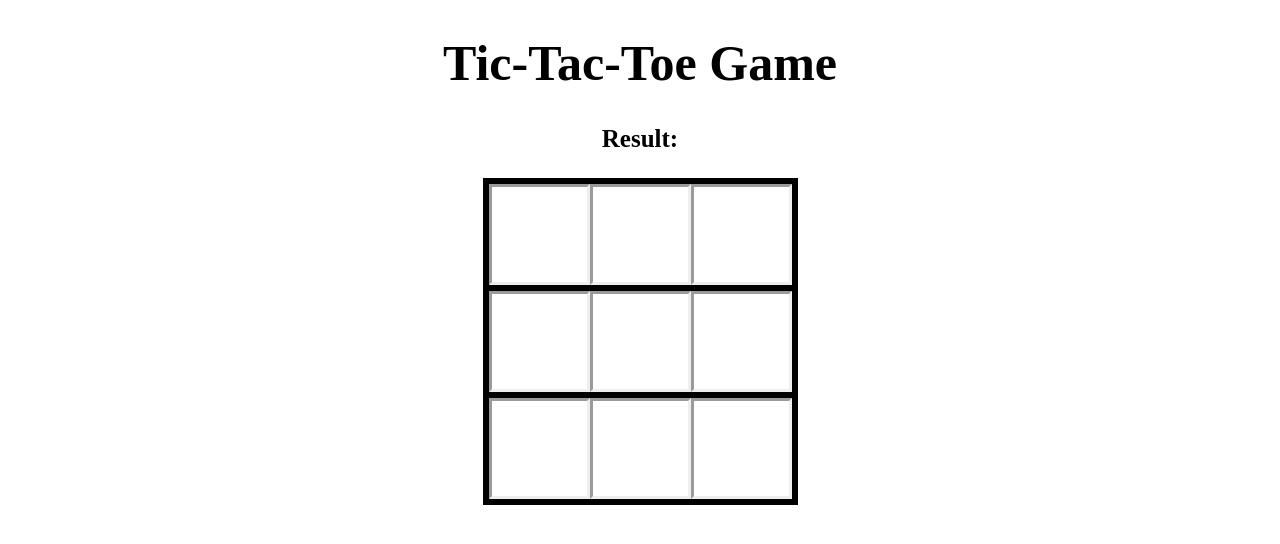
Repository: 0101chaitanya/Tic-Tac-Toe
Page: index.html
An editor plug-in stored every save of this project. The page is shown before and after the next save, followed by the edit.
The browser window is 1280 px wide. The pictures show the whole page.

Above is the page before, as saved 2021-06-09 18:17:05.

### index.html
<!DOCTYPE html>
<html>
    <head>
<meta charset="utf-8">
<title>Tic-Tac-Toe Game</title>
<link rel="stylesheet" href="styles.css">
    </head>
<body>
    <h1 id="heading">Tic-Tac-Toe Game</h1>

    <div id = "Output">
        <p  >Result:</p>
    </div>
    <div id = "gameSquare">

    <div id = "row1">
    <div class = "r1Column"></div>
    <div class = "rlColumn"></div>
    <div class = "rlColumn"></div>
</div>
<div id = "row2">
    <div class = "r2Column"></div>
    <div class = "r2Column"></div>
    <div class = "r2Column"></div>
</div>
<div id = "row3">
    <div class = "r3Column"></div>
    <div class = "r3Column"></div>
    <div class = "r3Column"></div>
</div>
</div>
</body>
<script type="text/javascript" src="script.js"></script>
</html>

### styles.css
:root{
    text-align: center;
font-weight: bold;
}
@media  screen and (max-width: 400px){
    :root{
        font-size: 14px;
}

}
@media  screen and (min-width: 401px) and (max-width: 700px){
    :root{
        font-size: 18px;
}


}@media  screen and (min-width: 701px) {
    :root{
        font-size:25px;
}

}

#gameSquare{
    border-style: solid;
    width:min-content;
    height:min-content;
    display:block;
    margin:auto;
}
#gameSquare>div:nth-child(n){
    border-style: solid;
    width:min-content;
    height:min-content;
    display:flex;
    justify-content:center;
    align-items:center;
}
#gameSquare>div:nth-child(n)>div:nth-child(n){
    display:block;
    margin: auto;
    border-style: solid;
    width:3.8rem;
    height:3.8rem;
border-style:inset;
}

### script.js
/* (function(){
let
})(); */

After the next save:
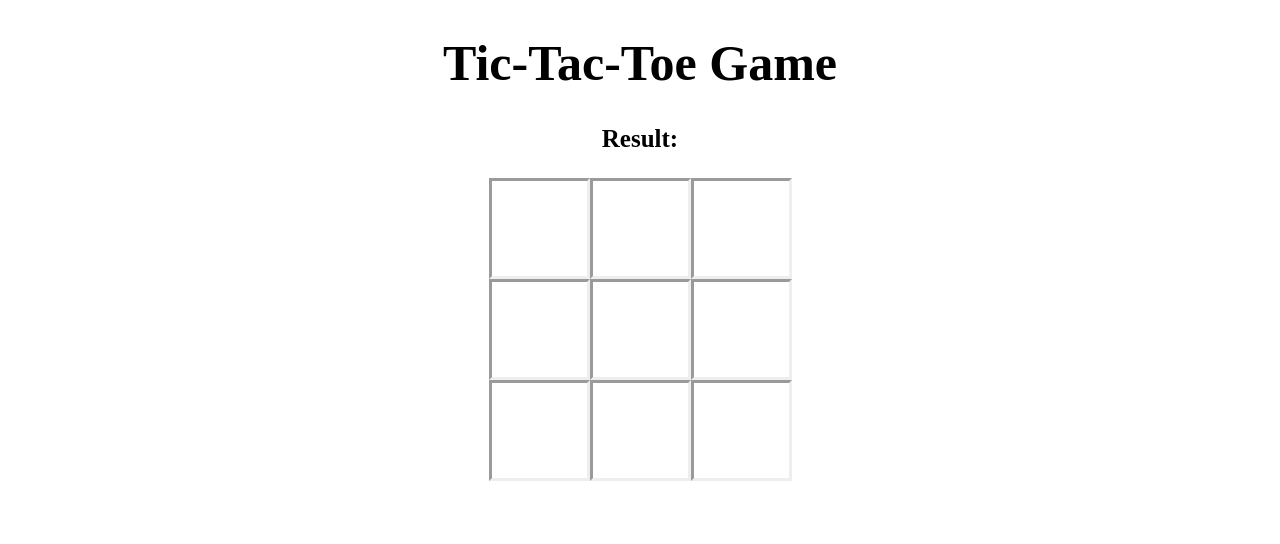
Saved 18 s later.
--- a/styles.css
+++ b/styles.css
@@ -22,15 +22,15 @@ font-weight: bold;
 }
 
 #gameSquare{
-    border-style: solid;
-    width:min-content;
+    /* border-style: solid;
+     */width:min-content;
     height:min-content;
     display:block;
     margin:auto;
 }
 #gameSquare>div:nth-child(n){
-    border-style: solid;
-    width:min-content;
+    /* border-style: solid;
+     */width:min-content;
     height:min-content;
     display:flex;
     justify-content:center;
